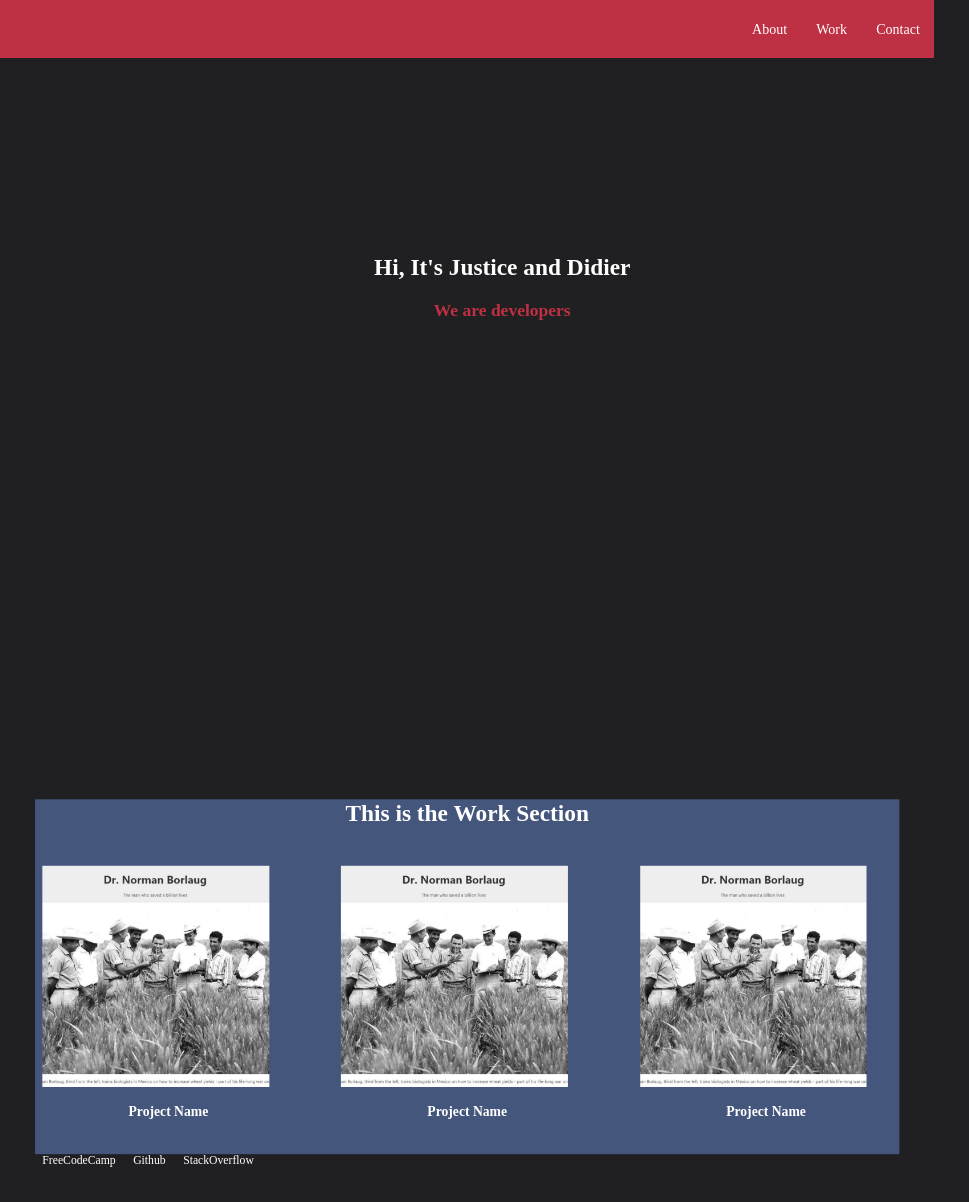
Repository: justicebhekani88/microverse_portfolio_project
Page: index.html
An editor plug-in stored every save of this project. The page is shown before and after the next save, followed by the edit.
The browser window is 1280 px wide. The page is 1328 px wide, then 1298 px, so the pictures cover 1328 px, including what lies to the right of the window. The pictures show the whole page, at 73% of full size.

Above is the page before, as saved 2022-07-21 15:30:27.

### index.html
<!DOCTYPE html>
<html lang="en">

<head>
    <meta charset="UTF-8">
    <meta http-equiv="X-UA-Compatible" content="IE=edge">
    <meta name="viewport" content="width=device-width, initial-scale=1.0">
    <link rel="stylesheet" href="style.css">
    <title>Portfolio Project</title>
</head>

<body>
    <nav id="navbar">
        <ul id="nav-list">
            <li><a href="#welcome-section">About</a></li>
            <li><a href="#projects">Work</a></li>
            <li><a href="#contact">Contact</a></li>
        </ul>
    </nav>
    <div id="main">
        <section id="welcome-section">
            <div id="welcome-text">
                <h1>Hi, It's Justice and Didier</h1>
                <h2>We are developers</h2>
            </div>
        </section>
        <section id="projects">
            <h1>This is the Work Section</h1>
            <div id="projects-display">
            <div class="project-tile">
                <a href="">
                    <div>
                        <img src="project.png" alt="Project Image">
                        <h3>Project Name</h3>
                    </div>
                </a>
            </div>
            <div class="project-tile">
                <a href="">
                    <div>
                        <img src="project.png" alt="Project Image">
                        <h3>Project Name</h3>
                    </div>
                </a>
            </div>
            <div class="project-tile">
                <a href="">
                    <div>
                        <img src="project.png" alt="Project Image">
                        <h3>Project Name</h3>
                    </div>
                </a>
            </div>
            </div>
        </section>
        <section>
            <a href="#" id="profile-link" target="_blank">FreeCodeCamp</a>
            <a href="#" id="profile-link" target="_blank">Github</a>
            <a href="#" id="profile-link" target="_blank">StackOverflow</a>
        </section>
    </div>

</body>

</html>

### style.css
body {
    background-color: #202022;
    overflow-x: hidden;
}

nav {
    color: white;
    display: flex;
    justify-content: flex-end;
    position: fixed;
    top: 0;
    left: 0;
    width: 100%;
    background: #BE3043;
}

#nav-list {
    display: flex;
}

li,
a {
    list-style: none;
    color: white;
    padding: 10px;
    text-decoration: none;
}

#welcome-section {
    width: 100vw;
    height: 100vh;
}

h1 {
    color: white;
    font-size: 2rem;
    text-align: center;
}

h2 {
    color: #BE3043;
    font-size: 1.5rem;
}

h3 {
    text-align: center;
}

#welcome-text {
    margin: 300px 30%;
    text-align: center;
}

#projects {
    background: #45567D;
    justify-content: center;
}

#projects-display {
    display: grid;
    grid-template-columns: repeat(auto-fit, minmax(320px, 1fr));
    grid-gap: 4rem;
    padding: 10px;
}

img {
    width: 90%
}

@media only screen and (min-width: 600px) {
    #main {
        padding: 10px;
    }
}

@media only screen and (min-width: 1280px) {
    #main {
        padding: 40px;
    }
    nav {
        font-size: larger;
    }
}

After the next save:
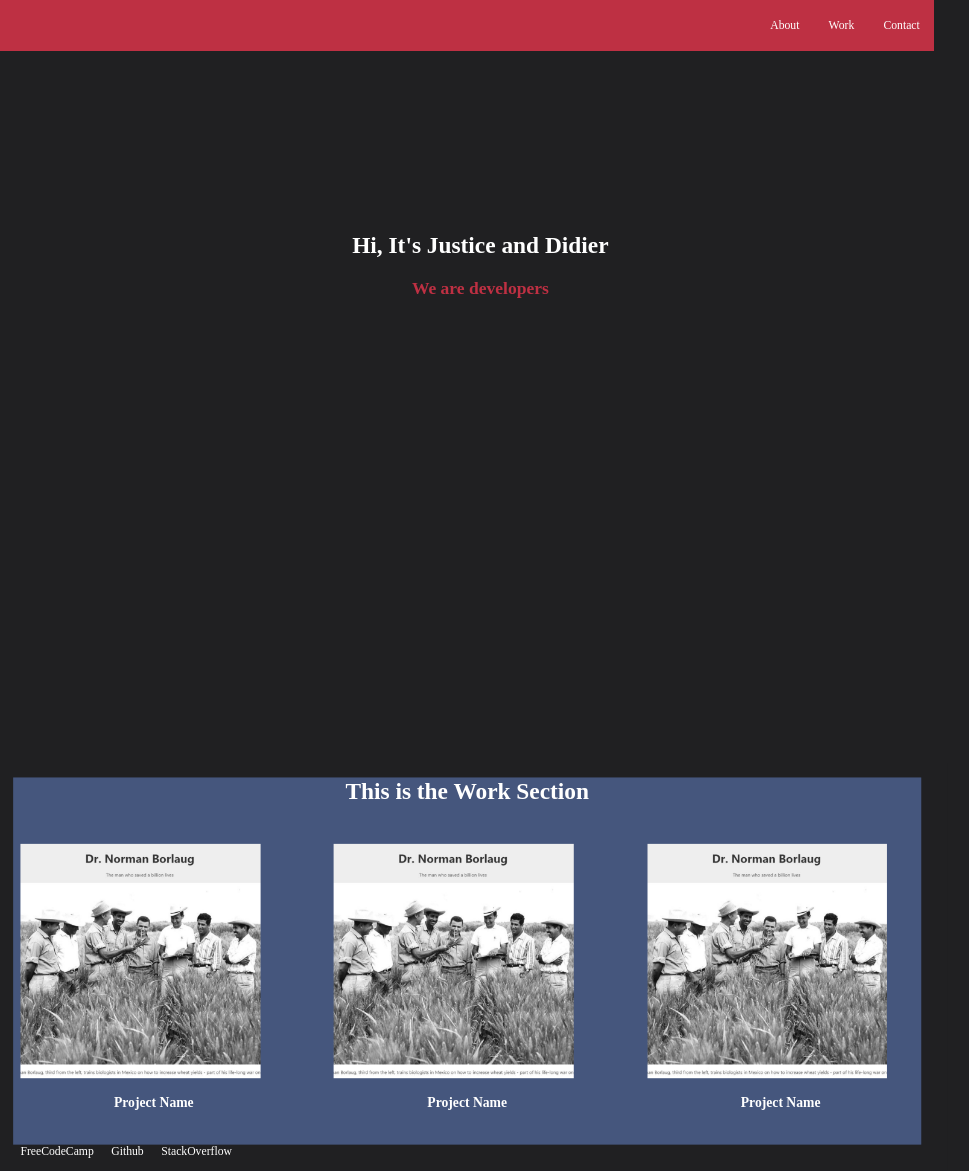
Saved 11 s later.
--- a/style.css
+++ b/style.css
@@ -73,11 +73,11 @@ img {
     }
 }
 
-@media only screen and (min-width: 1280px) {
+/* @media only screen and (min-width: 1280px) {
     #main {
         padding: 40px;
     }
     nav {
         font-size: larger;
     }
-}
+} */
